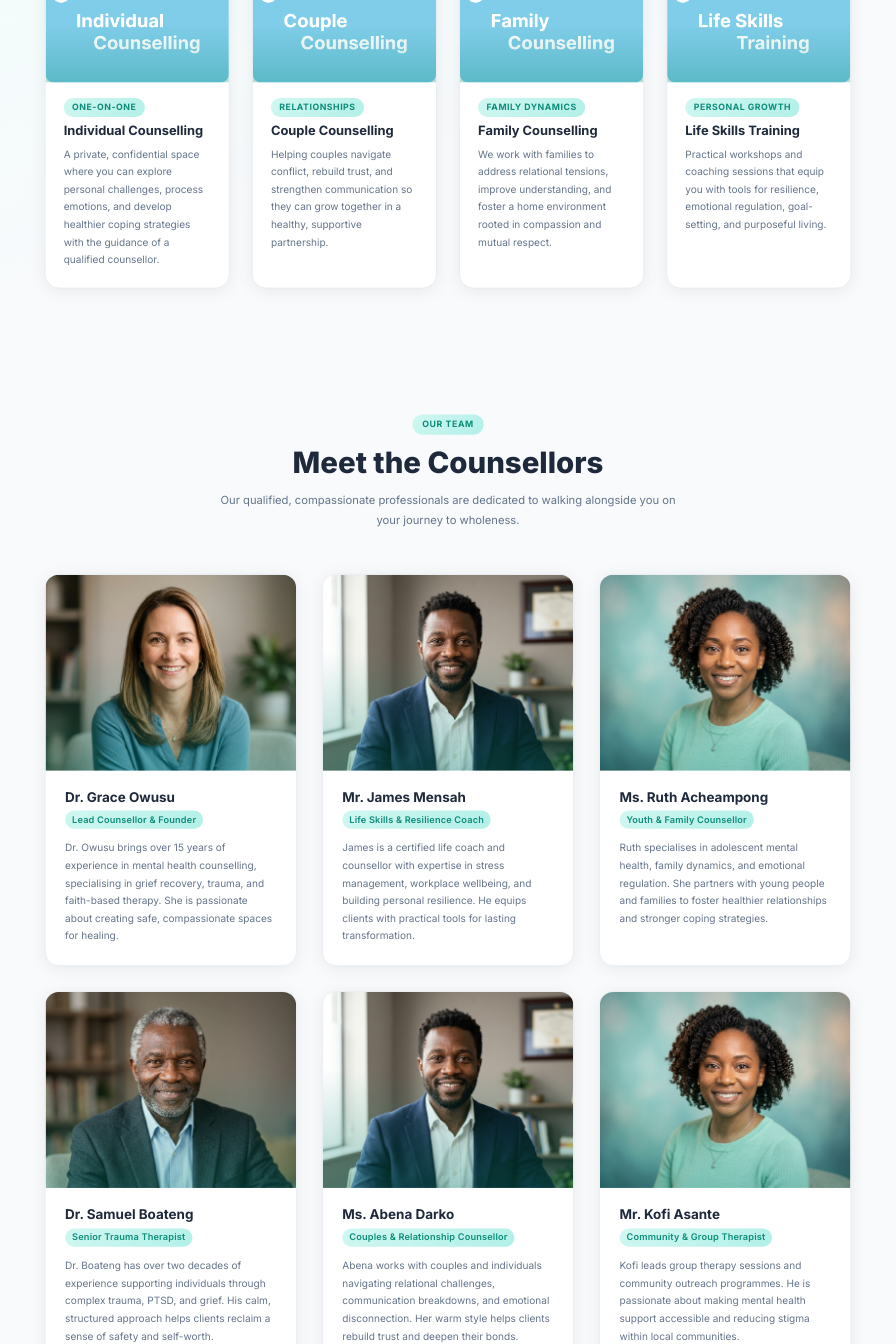
Repository: Tan47s/Lifelogo
Page: /
An editor plug-in stored every save of this project. The page is shown before and after the next save, followed by the edit.
The browser window is 1280 px wide. The pictures show the part of the page from y = 1720 to 3640 px (the page is 4886 px tall), at 70% of full size.
The project was rebuilt for these pictures with package versions that can differ from the ones it lists, and the page was loaded fresh each time. Also part of the build but not shown: vite.config.js.

Above is the page before, as saved 2026-08-09 16:37:43.

After the next save:
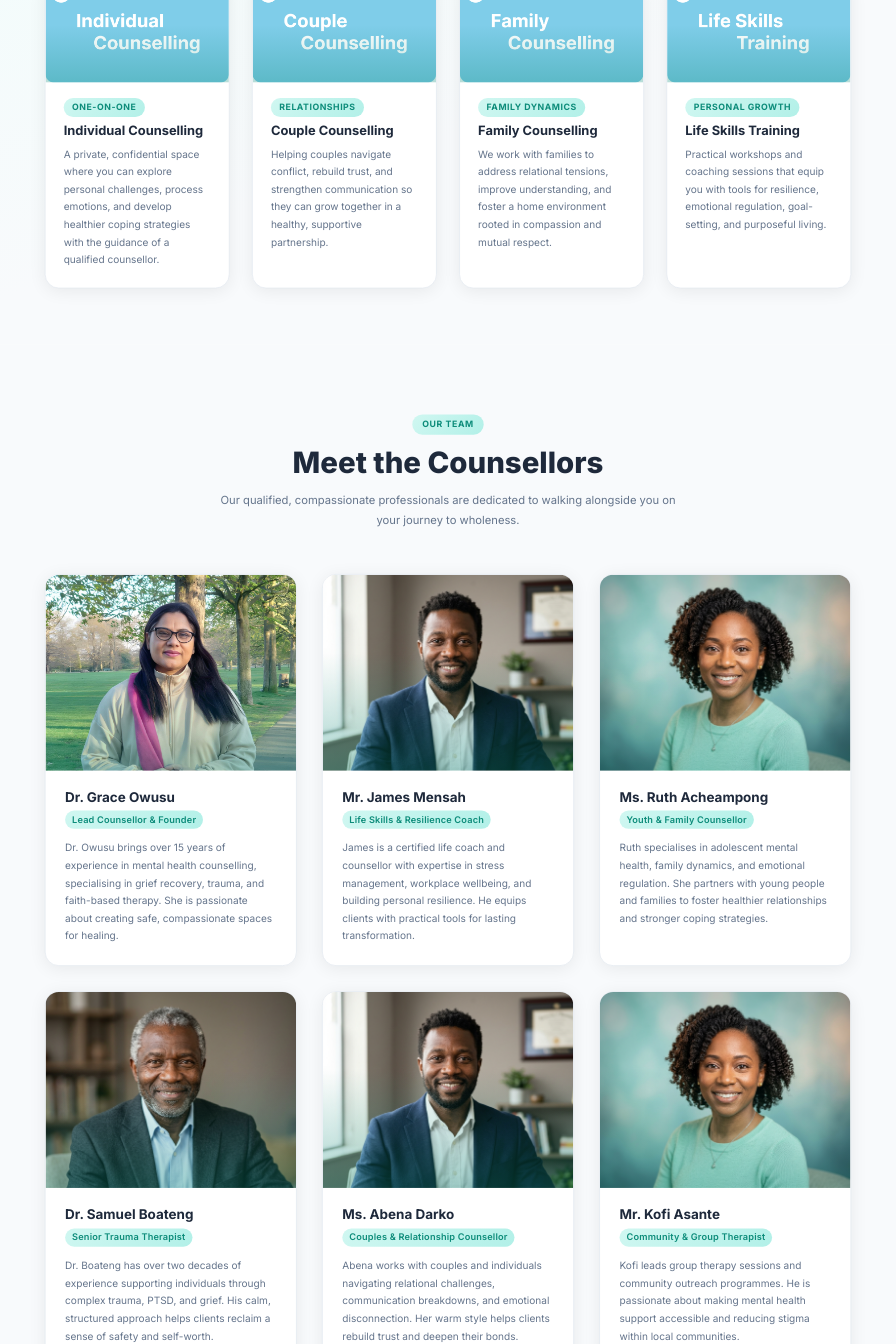
Saved 3 min 5 s later.
--- a/src/comp/Counsellors.jsx
+++ b/src/comp/Counsellors.jsx
@@ -1,6 +1,6 @@
 import React from 'react'
 import './Counsellors.css'
-import c1 from '../assets/counsellor1.png'
+import c1 from '../assets/counsellor1.jpg'
 import c2 from '../assets/counsellor2.png'
 import c3 from '../assets/counsellor3.png'
 import c4 from '../assets/counsellor4.png'
